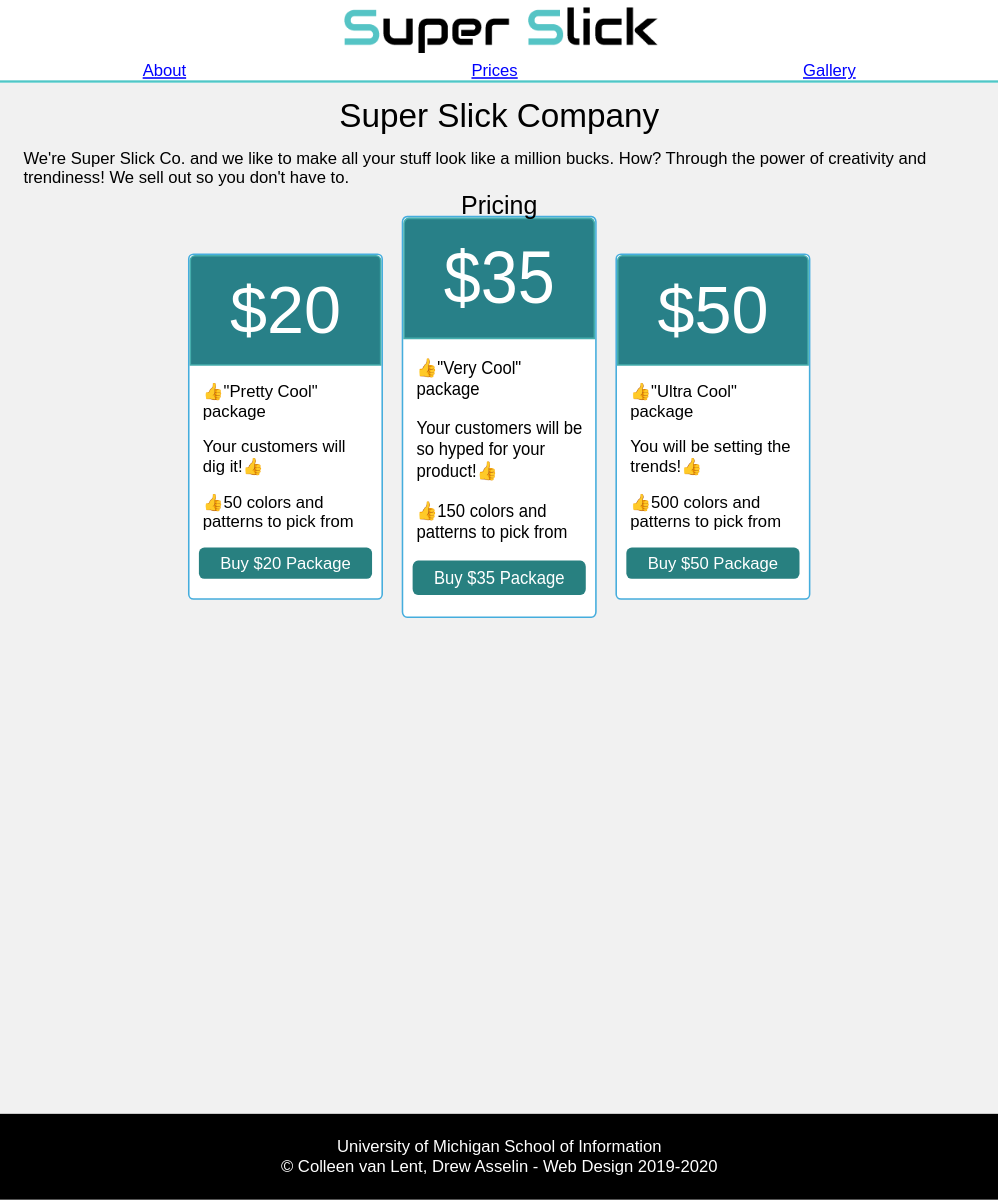
Repository: jiaqili0803/SI_539
Page: hw6-2021-main/homework.html
The author's editor kept a copy of each file at every save. The page is drawn from the files as they stood at one save, then again after the next save.
The browser window is 1280 px wide. The pictures show the whole page, at 78% of full size.
Some web fonts or font styles are not loaded; a fallback is used.

Above is the page before, as saved 2021-10-29 14:15:48.

After the next save:
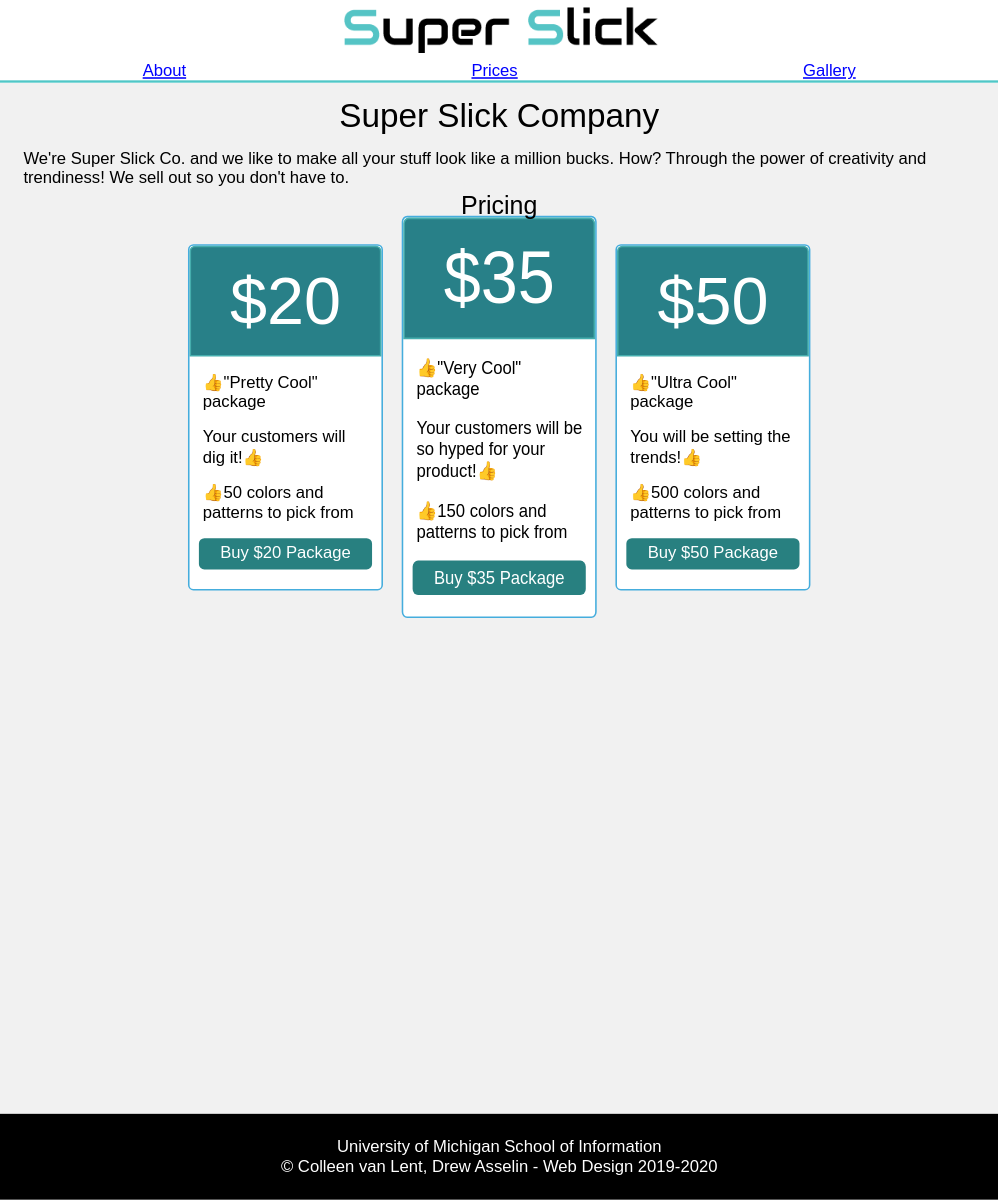
Saved 91 s later.
--- a/hw6-2021-main/css/style.css
+++ b/hw6-2021-main/css/style.css
@@ -166,7 +166,7 @@
     .pricing{
         display: flex;
 
-        align-items:flex-end;
+        justify-items:flex-end;
     }
 
     .card{

After the save that followed:
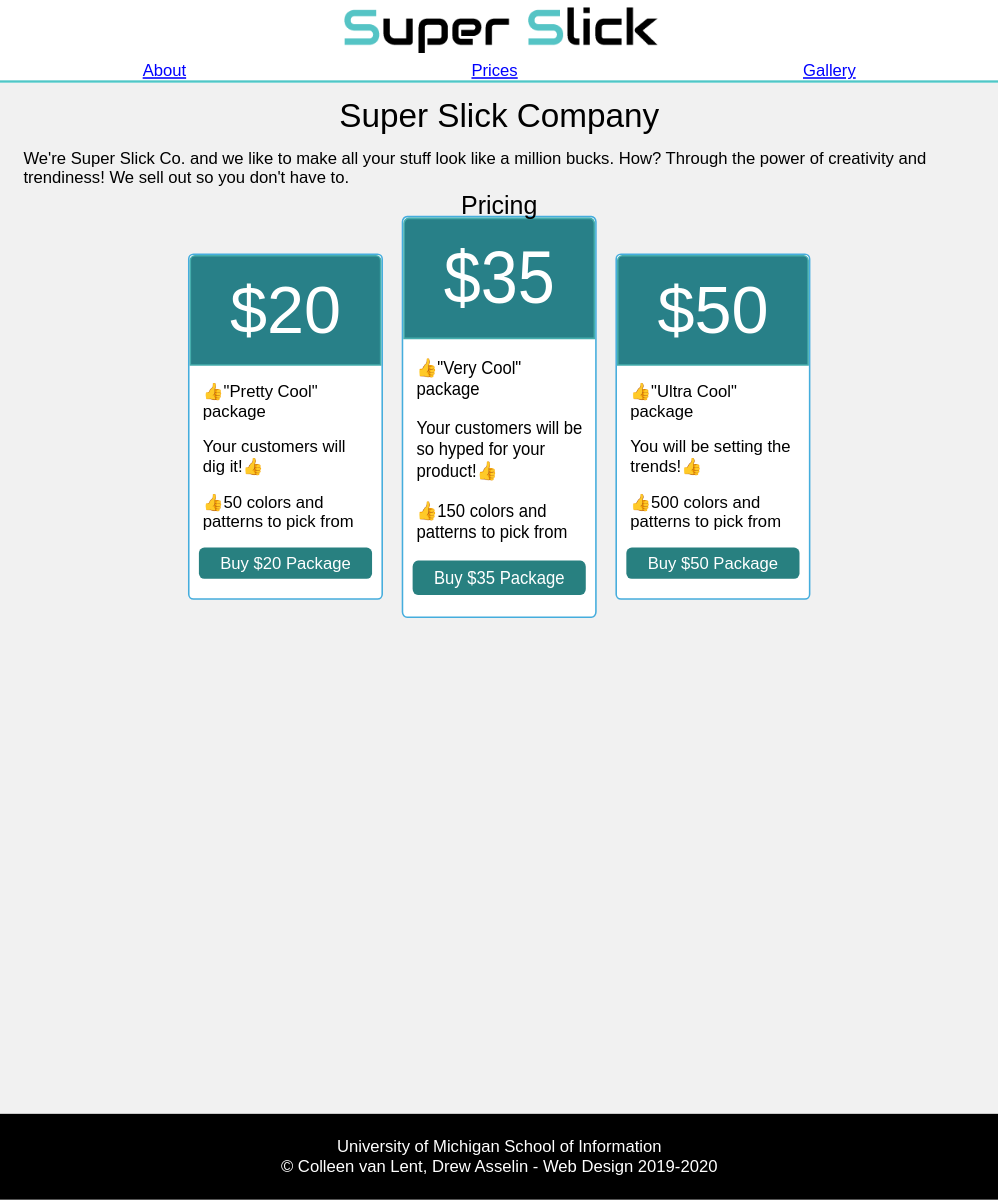
Saved 7 s later.
--- a/hw6-2021-main/css/style.css
+++ b/hw6-2021-main/css/style.css
@@ -166,7 +166,7 @@
     .pricing{
         display: flex;
 
-        justify-items:flex-end;
+        align-items:flex-end;
     }
 
     .card{
